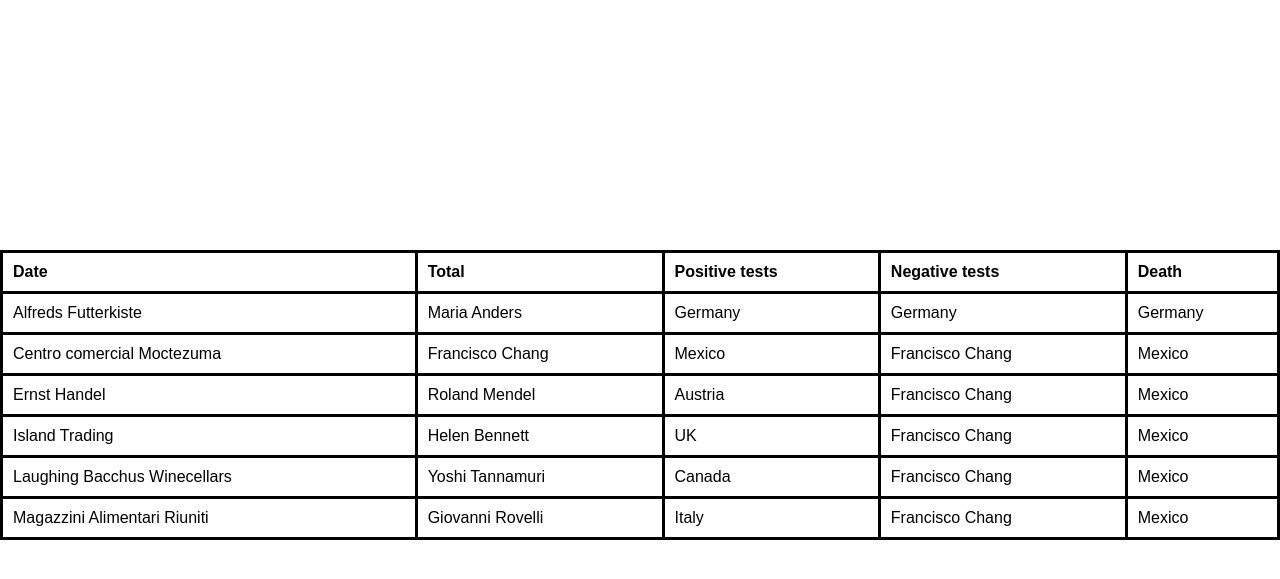
Repository: Seryozha02/ApiRequests
Page: index.html
An editor plug-in stored every save of this project. The page is shown before and after the next save, followed by the edit.
The browser window is 1280 px wide. The pictures show the whole page.

Above is the page before, as saved 2022-09-22 21:40:18.

After the next save:
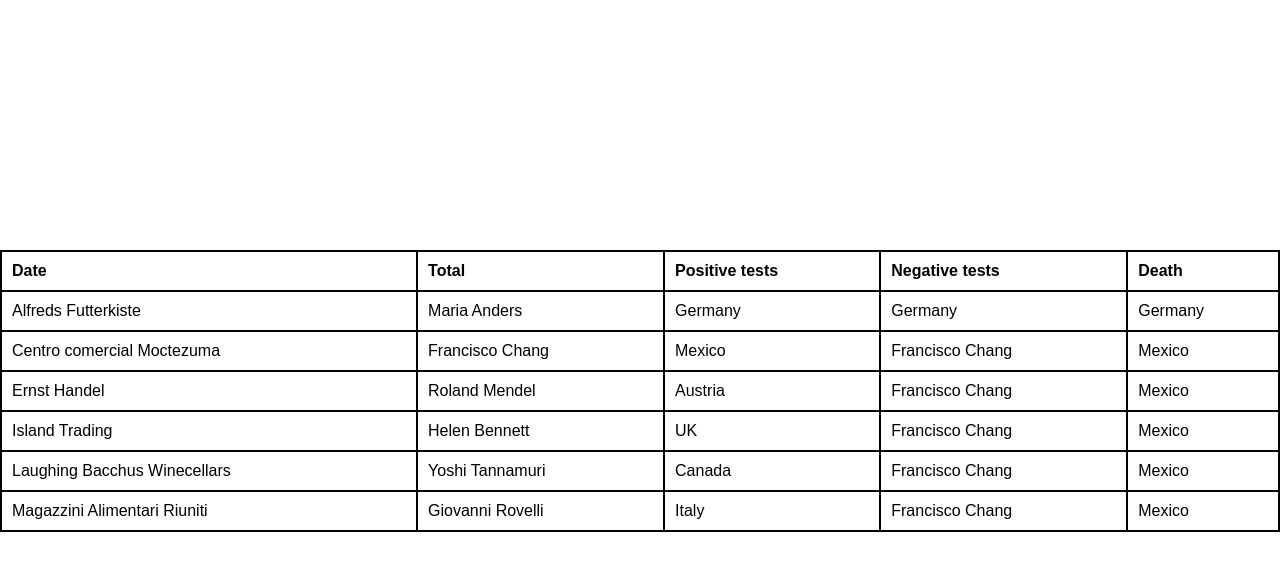
Saved 4 s later.
--- a/style.css
+++ b/style.css
@@ -12,7 +12,7 @@
   }
 
   td, th {
-    border: 3px solid black;
+    border: 2px solid black;
     text-align: left;
     padding: 10px;
 
